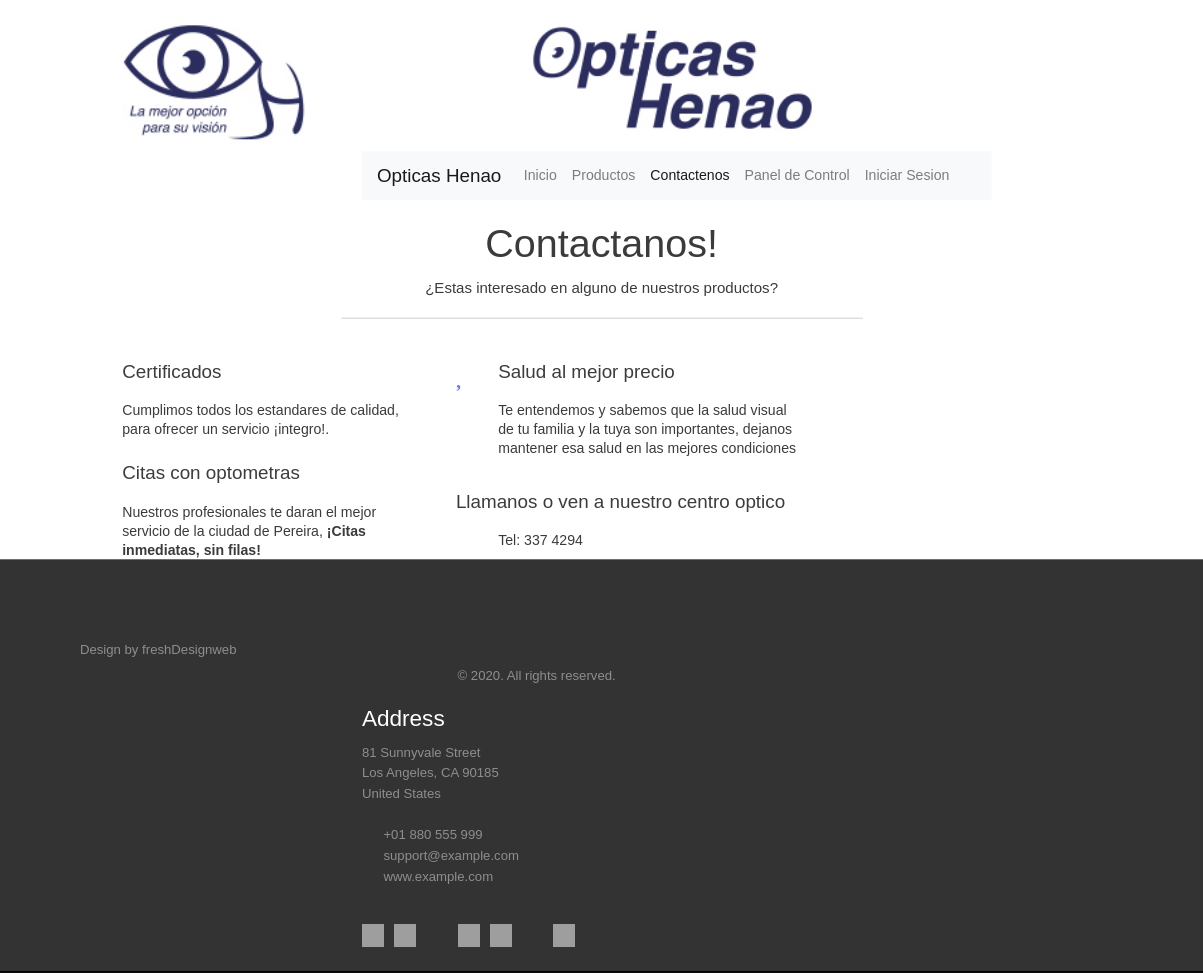
Repository: camilo1505/optometra
Page: contactanos.html
The author's editor kept a copy of each file at every save. The page is drawn from the files as they stood at one save, then again after the next save.
The browser window is 1280 px wide. The pictures show the whole page, at 94% of full size.
Pictures or frames that could not be fetched are drawn as grey boxes. Some web fonts or font styles are not loaded; a fallback is used.

Above is the page before, as saved 2019-04-14 21:56:17.
Console error (its wording comes from the project's code and is left out).

After the next save:
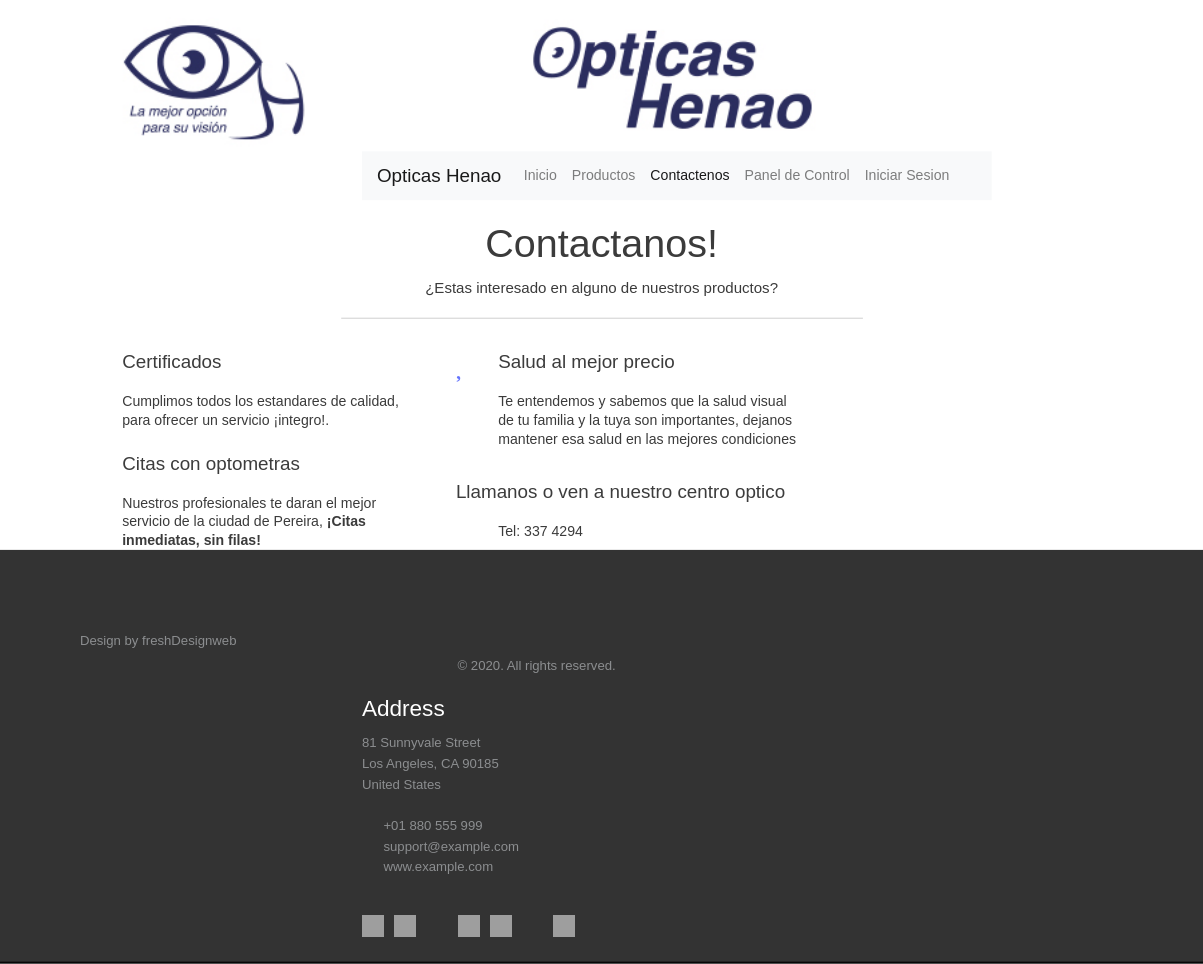
Saved 12 s later.
--- a/contactanos.html
+++ b/contactanos.html
@@ -62,7 +62,7 @@
         </div>
       </div>
       <div class="f-hr"></div>
-      <div class="row space40"></div>
+      <div class="row space30"></div>
       <div class="row">
         <div class="span12">
           <div class="row">
